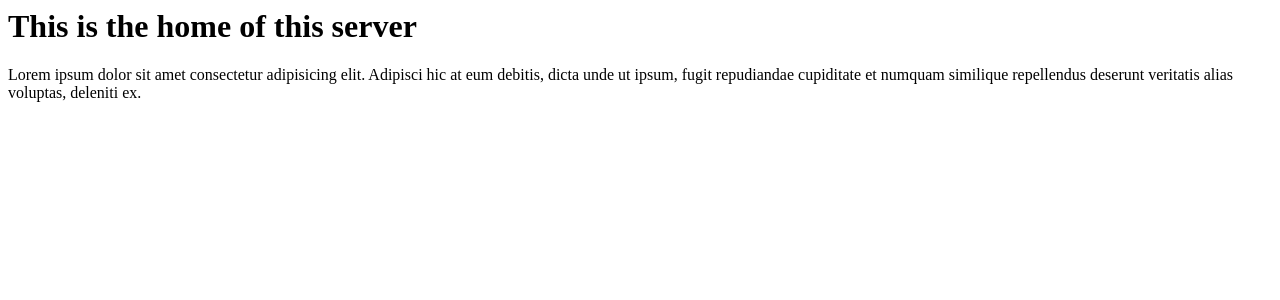
Repository: 0101chaitanya/basic-node-server
Page: 404.html
The author's editor kept a copy of each file at every save. The page is drawn from the files as they stood at one save, then again after the next save.
The browser window is 1280 px wide. The pictures show the whole page.

Above is the page before, as saved 2021-08-25 15:33:30.

### 404.html
<html lang="en">

<head>
    <meta charset="UTF-8">
    <meta http-equiv="X-UA-Compatible" content="IE=edge">
    <meta name="viewport" content="width=device-width, initial-scale=<1.0>">
    <title>Document</title>
</head>

<body>
    <h1>This is the home of this server</h1>
    <p>Lorem ipsum dolor sit amet consectetur adipisicing elit. Adipisci hic at eum debitis, dicta unde ut ipsum, fugit repudiandae cupiditate et numquam similique repellendus deserunt veritatis alias voluptas, deleniti ex.
    </p>
    <h4></h4>
</body>

</html>

After the next save:
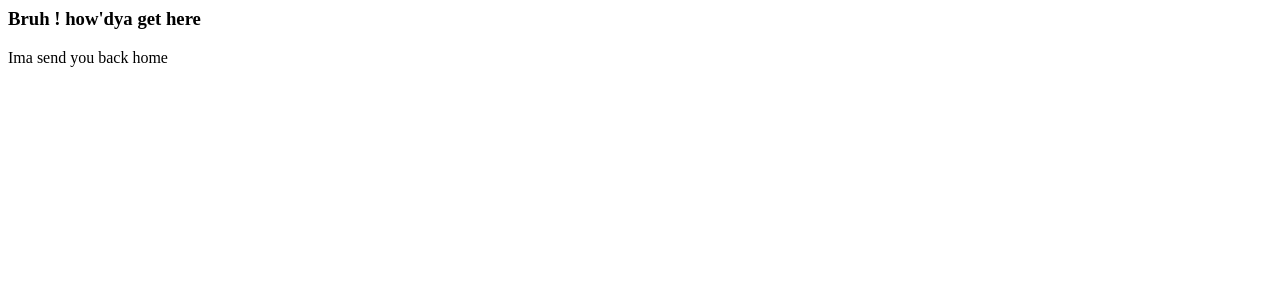
Saved 88 s later.
--- a/404.html
+++ b/404.html
@@ -8,9 +8,9 @@
 </head>
 
 <body>
-    <h1>This is the home of this server</h1>
-    <p>Lorem ipsum dolor sit amet consectetur adipisicing elit. Adipisci hic at eum debitis, dicta unde ut ipsum, fugit repudiandae cupiditate et numquam similique repellendus deserunt veritatis alias voluptas, deleniti ex.
-    </p>
+    <h3>Bruh ! how'dya get here</h3>
+    <p>Ima send you back home</p>
+
     <h4></h4>
 </body>
 
